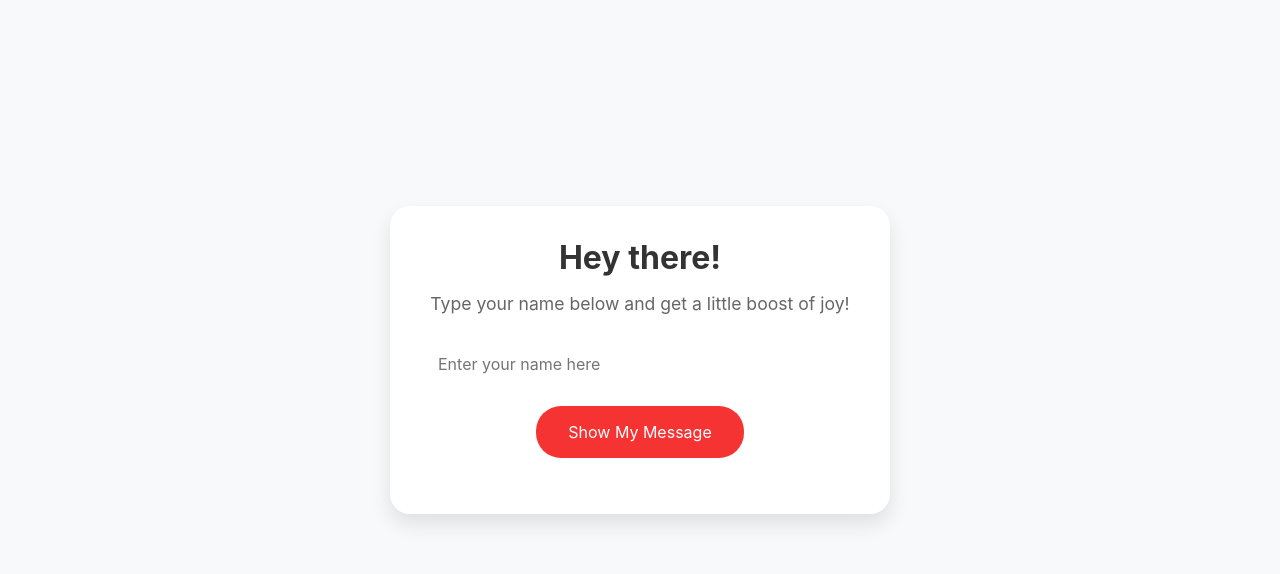
Repository: joelojieabu/biblicalWordsOfEncouragement
Page: biblicalWordsOfEncouragement.html
The author's editor kept a copy of each file at every save. The page is drawn from the files as they stood at one save, then again after the next save.
The browser window is 1280 px wide. The pictures show the whole page.

Above is the page before, as saved 2024-12-26 12:44:49.

After the next save:
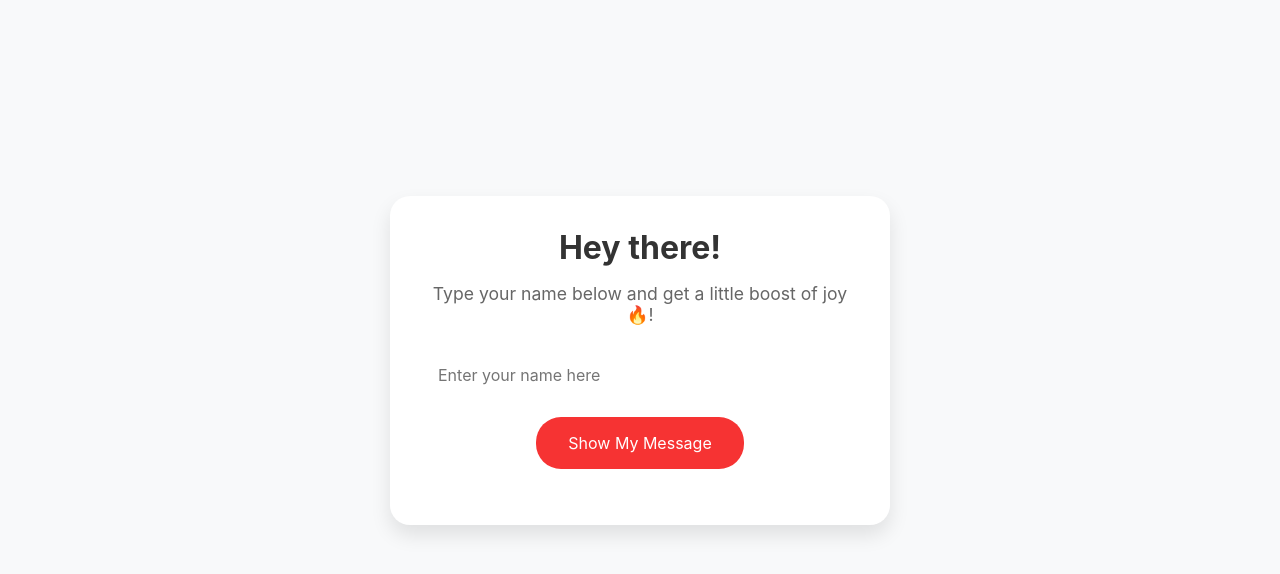
Saved 8 min 13 s later.
--- a/biblicalWordsOfEncouragement.html
+++ b/biblicalWordsOfEncouragement.html
@@ -106,7 +106,7 @@
     <div class="card">
       <h1>Hey there!</h1>
       <p class="subtitle">
-        Type your name below and get a little boost of joy!
+        Type your name below and get a little boost of joy 🔥!
       </p>
       <input type="text" id="nameInput" placeholder="Enter your name here" />
       <button onclick="showMessage()">Show My Message</button>

After the 2 saves that followed:
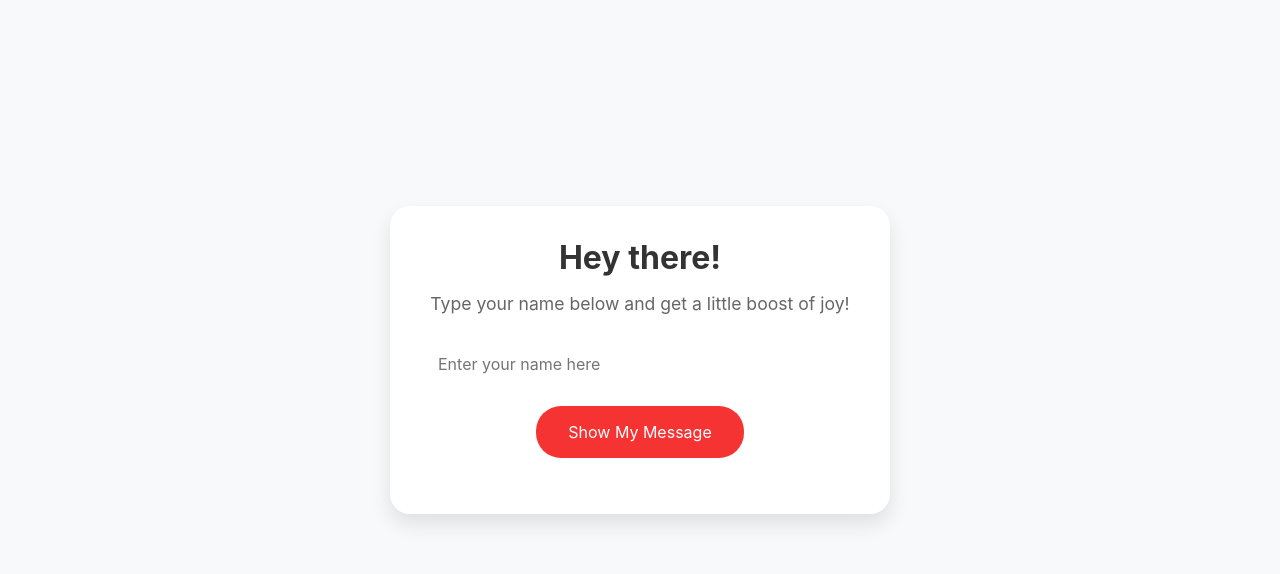
The 2 saves are shown as one change because they came seconds apart.
The last was saved 9 s later.
--- a/biblicalWordsOfEncouragement.html
+++ b/biblicalWordsOfEncouragement.html
@@ -106,7 +106,7 @@
     <div class="card">
       <h1>Hey there!</h1>
       <p class="subtitle">
-        Type your name below and get a little boost of joy 🔥!
+        Type your name below and get a little boost of joy!
       </p>
       <input type="text" id="nameInput" placeholder="Enter your name here" />
       <button onclick="showMessage()">Show My Message</button>
